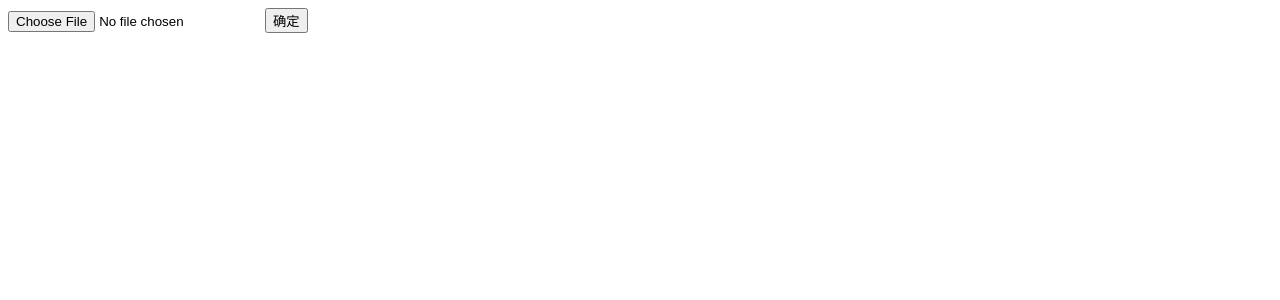
Repository: 963606242/-
Page: app/index/view/index/index.html
The author's editor kept a copy of each file at every save. The page is drawn from the files as they stood at one save, then again after the next save.
The browser window is 1280 px wide. The pictures show the whole page.

Above is the page before, as saved 2021-10-18 15:05:21.

After the next save:
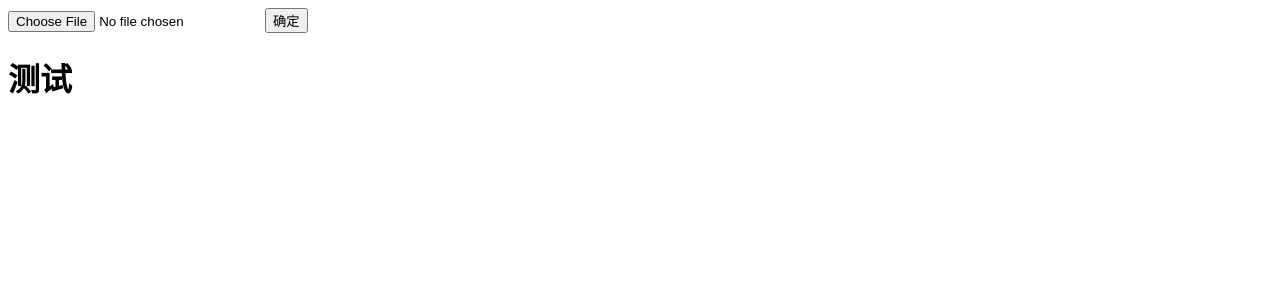
Saved 2 h 52 min later.
--- a/app/index/view/index/index.html
+++ b/app/index/view/index/index.html
@@ -1,68 +1,80 @@
+<!--
+ * @Author: your name
+ * @Date: 2021-10-09 09:13:11
+ * @LastEditTime: 2021-10-18 17:57:35
+ * @LastEditors: your name
+ * @Description: In User Settings Edit
+ * @FilePath: \tp30\app\index\view\index\index.html
+-->
 <!DOCTYPE html>
 <html lang="en">
+
 <head>
     <meta charset="UTF-8">
     <title>Title</title>
 </head>
+
 <body>
-<!--    <h1>{$name|default='默认值'}</h1>-->
-<!--  <hr>-->
-<!--    <h1>{$arr[0]|default='默认值'}-&#45;&#45;{$arr.1|default='默认值'}</h1>-->
-<!--  <hr>-->
-<!--    <h1>{$arr2[0]['name']|default='默认值'} &#45;&#45; {$arr2[1]['name']|default='默认值'}</h1>-->
-<!--    <hr>-->
-<!--    <h1>{$obj->name|default='默认值'}</h1>-->
-<!--    <hr>-->
-<!--    <h1>{$name|default='默认值'} &#45;&#45; {$sex|default='默认值'}</h1>-->
-<!--    <hr>-->
-<!--    {present name="list"}-->
-<!--        {foreach $list as $k=>$v}-->
-<!--            {$v.id}-&#45;&#45;{$v.name}<br>-->
-<!--        {/foreach}-->
-<!--        <hr>-->
-<!--        {foreach name='list' key='k' item='v'}-->
-<!--            {$v.id}-&#45;&#45;{$v.name}<br>-->
-<!--        {/foreach}-->
-<!--        <hr>-->
-<!--        {volist name='list' id='v' key='k' offset='1' length='0' mod='2'}-->
-<!--            {$key}&#45;&#45;{$v.id}-&#45;&#45;{$v.name}&#45;&#45;{$mod}<br>-->
-<!--        {/volist}-->
-<!--        <hr>-->
-<!--        {for start='1' end='10' comparison='lt' step='2' name='a'}-->
-<!--            {$a}<br>-->
-<!--        {/for}-->
-<!--    {/present}-->
-<!--    <hr>-->
-<!--    {present name="name"}-->
-<!--        {heq name="name" value="1"}-->
-<!--        value-->
-<!--        {else /}-->
-<!--        未必爸爸说的啊阿松大-->
-<!--        {/heq}-->
-<!--        <hr>-->
-<!--        {if $name == 1}-->
-<!--        请求-->
-<!--        {elseif $name ==2}-->
-<!--        啊啊-->
-<!--        {else/}-->
-<!--        王五-->
-<!--        {/if}-->
-<!--        <hr>-->
-<!--        {in name='name' value='1,2,3'}-->
-<!--        在-->
-<!--        {/in}-->
-<!--        <hr>-->
-<!--        {between name='name' value='1,9'}-->
-<!--        在1-9之间-->
-<!--        {/between}-->
-<!--        {$name|md5|upper}-->
-<!--    {/present}-->
-<!--    <br>-->
-<!--    {//$a|date='Y-m-d'}-->
+    <!--    <h1>{$name|default='默认值'}</h1>-->
+    <!--  <hr>-->
+    <!--    <h1>{$arr[0]|default='默认值'}-&#45;&#45;{$arr.1|default='默认值'}</h1>-->
+    <!--  <hr>-->
+    <!--    <h1>{$arr2[0]['name']|default='默认值'} &#45;&#45; {$arr2[1]['name']|default='默认值'}</h1>-->
+    <!--    <hr>-->
+    <!--    <h1>{$obj->name|default='默认值'}</h1>-->
+    <!--    <hr>-->
+    <!--    <h1>{$name|default='默认值'} &#45;&#45; {$sex|default='默认值'}</h1>-->
+    <!--    <hr>-->
+    <!--    {present name="list"}-->
+    <!--        {foreach $list as $k=>$v}-->
+    <!--            {$v.id}-&#45;&#45;{$v.name}<br>-->
+    <!--        {/foreach}-->
+    <!--        <hr>-->
+    <!--        {foreach name='list' key='k' item='v'}-->
+    <!--            {$v.id}-&#45;&#45;{$v.name}<br>-->
+    <!--        {/foreach}-->
+    <!--        <hr>-->
+    <!--        {volist name='list' id='v' key='k' offset='1' length='0' mod='2'}-->
+    <!--            {$key}&#45;&#45;{$v.id}-&#45;&#45;{$v.name}&#45;&#45;{$mod}<br>-->
+    <!--        {/volist}-->
+    <!--        <hr>-->
+    <!--        {for start='1' end='10' comparison='lt' step='2' name='a'}-->
+    <!--            {$a}<br>-->
+    <!--        {/for}-->
+    <!--    {/present}-->
+    <!--    <hr>-->
+    <!--    {present name="name"}-->
+    <!--        {heq name="name" value="1"}-->
+    <!--        value-->
+    <!--        {else /}-->
+    <!--        未必爸爸说的啊阿松大-->
+    <!--        {/heq}-->
+    <!--        <hr>-->
+    <!--        {if $name == 1}-->
+    <!--        请求-->
+    <!--        {elseif $name ==2}-->
+    <!--        啊啊-->
+    <!--        {else/}-->
+    <!--        王五-->
+    <!--        {/if}-->
+    <!--        <hr>-->
+    <!--        {in name='name' value='1,2,3'}-->
+    <!--        在-->
+    <!--        {/in}-->
+    <!--        <hr>-->
+    <!--        {between name='name' value='1,9'}-->
+    <!--        在1-9之间-->
+    <!--        {/between}-->
+    <!--        {$name|md5|upper}-->
+    <!--    {/present}-->
+    <!--    <br>-->
+    <!--    {//$a|date='Y-m-d'}-->
 
-<form action="{:url('Index/index')}" method="post" enctype="multipart/form-data">
-    <input type="file" name="img">
-    <button type="submit">确定</button>
-</form>
+    <form action="{:url('Index/index')}" method="post" enctype="multipart/form-data">
+        <input type="file" name="img">
+        <button type="submit">确定</button>
+    </form>
+    <h1>测试</h1>
 </body>
+
 </html>
